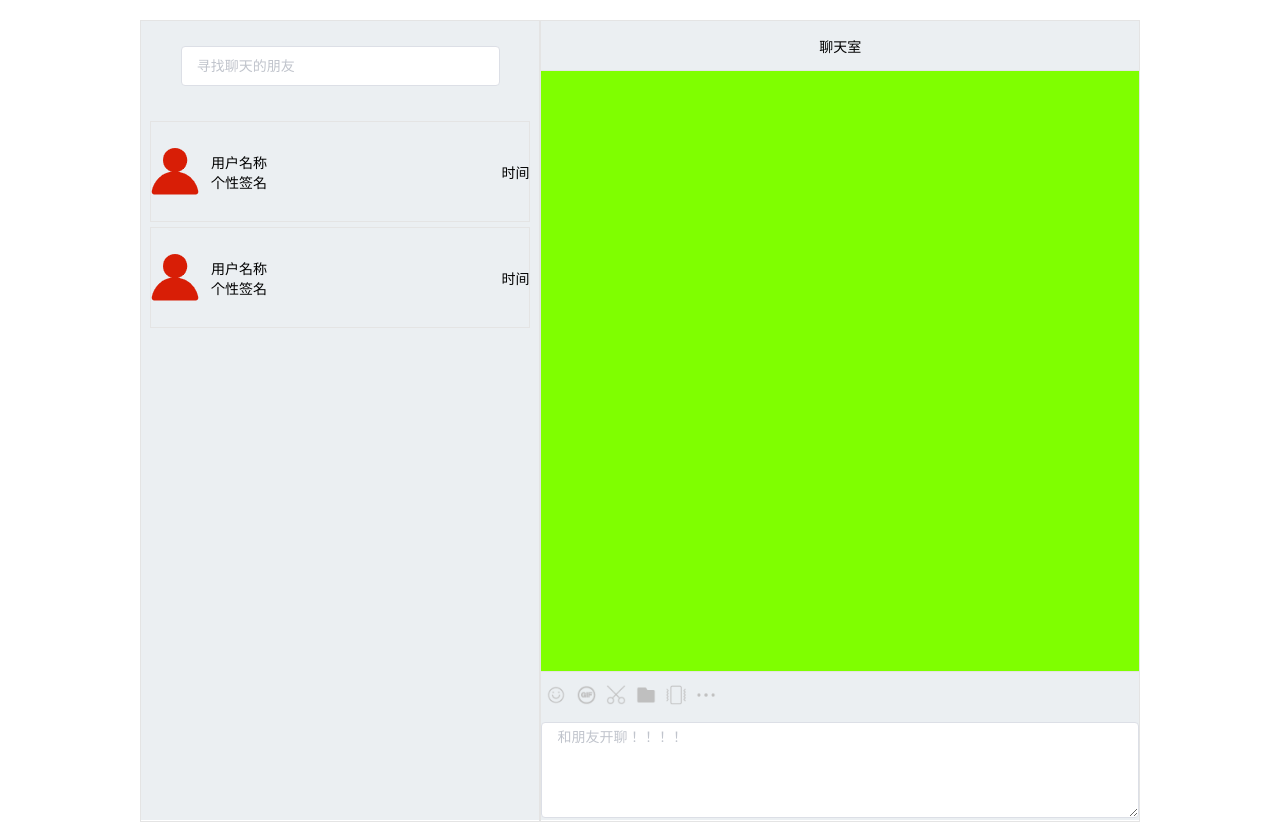
Repository: jinggegeZ/livechat
Page: /
An editor plug-in stored every save of this project. The page is shown before and after the next save, followed by the edit.
The browser window is 1280 px wide. The pictures show the whole page.
The project was rebuilt for these pictures with package versions that can differ from the ones it lists, and the page was loaded fresh each time.

Above is the page before, as saved 2020-08-17 13:12:27.

### src/main.js
import Vue from 'vue'
import App from './App.vue'
import router from './router'
import store from './store'
import ElementUI from 'element-ui';
import 'element-ui/lib/theme-chalk/index.css';

Vue.config.productionTip = false
Vue.use(ElementUI);
new Vue({
  router,
  store,
  render: h => h(App)

}).$mount('#app')

### src/App.vue
<template>
  <div id="app">

    <router-view/>
  </div>
</template>

<style lang="scss">
*{
  margin: 0;
  padding: 0;
}
</style>

### src/views/Home.vue
<template>
  <div class="content">
    <div class="content-c">
      <div class="box">
        <!-- 用户信息 -->
        <div class="box1">
          <!-- 搜索用户名字 -->
          <div class="boxsearch">
          <div class="boxsearch1"><el-input v-model="input" placeholder="寻找聊天的朋友"></el-input></div>
          </div>
          <!-- 信息盒子 -->
          <div class="msgbox">
            <div class="box1-1">
              <div class="box1-1-1">
                <!-- 头像 -->
                <div class="img">
                  <img src="../../public/image/active-my.png" alt />
                </div>
                <!-- 用户信息 -->
                <div>
                  <div>用户名称</div>
                  <div>个性签名</div>
                </div>
              </div>
              <!-- 时间 -->
              <div>时间</div>
            </div>
          </div>
           <div class="msgbox">
            <div class="box1-1">
              <div class="box1-1-1">
                <!-- 头像 -->
                <div class="img">
                  <img src="../../public/image/active-my.png" alt />
                </div>
                <!-- 用户信息 -->
                <div>
                  <div>用户名称</div>
                  <div>个性签名</div>
                </div>
              </div>
              <!-- 时间 -->
              <div>时间</div>
            </div>
          </div>
        </div>
        <!-- 聊天信息 -->
        <div class="box2">
          <div class="box2-1">
            <div class="box2-1-top">聊天室</div>
            <div class="box2-1-body"></div>
          </div>
          <div class="box2-2">
            <div class="box2-2-1">
              <div>
                <img class="img1" src="../../public/image/small.png" alt />
              </div>
              <div>
                <img class="img1" src="../../public/image/GIF.png" alt />
              </div>
              <div>
                <img class="img1" src="../../public/image/chose.png" alt />
              </div>
              <div>
                <img class="img1" src="../../public/image/word.png" alt />
              </div>
              <div>
                <img class="img1" src="../../public/image/move.png" alt />
              </div>
              <div>
                <img class="img1" src="../../public/image/more.png" alt />
              </div>
            </div>
            <div class="box2-2-2">
              <el-input
                type="textarea"
                v-model="textarea"
                placeholder="和朋友开聊！！！！"
                :autosize="{ minRows: 4, maxRows: 8}"
              ></el-input>
            </div>
          </div>
        </div>
      </div>
    </div>
  </div>
</template>

<script>
export default {
  name: "",
  props: {},
  components: {},
  data() {
    return {
      input: "",
      textarea: "",
    };
  },
  methods: {},
  mounted() {},
  watch: {},
  computed: {},
};
</script>

<style scoped lang='scss'>
.content {
  width: 100%;
  display: flex;
  justify-content: center;
  font-size: 14px;
}
.content-c {
  width: 95%;
  display: flex;
  justify-content: center;
  align-items: center;
}
.box {
  width: 1000px;
  height: 800px;
  display: flex;
  margin-top: 20px;
  background: rgb(235,239,242);
}
.box1 {
  flex: 4;
  height: 100%;
  border: 1px solid rgb(228, 228, 228);
}
.boxsearch {
  width: 100%;
  height: 100px;
  display: flex;
  justify-content: center;
  align-items: center;
  background: rgb(235,239,242);
}
.boxsearch1 {
  width: 80%;
  height: 50px;
}
.msgbox {
  display: flex;
  justify-content: center;
  margin-bottom: 5px;
}
.box1-1 {
  width: 95%;
  height: 99px;
  border: 1px solid rgb(228, 228, 228);
  display: flex;
  align-items: center;
  justify-content: space-between;
}
.box1-1-1 {
  display: flex;
  align-items: center;
  height: 100%;
}
.img {
  width: 50px;
  height: 50px;
  border-radius: 50%;
  margin-right: 10px;
}
.img1 {
  width: 20px;
  height: 20px;
  margin: 5px;
}
.box2 {
  flex: 6;
  height: 100%;
  position: relative;
  border: 1px solid rgb(228, 228, 228);
}
.box2-2 {
  position: absolute;
  bottom: 0;
  width: 100%;
  height: 149px;
  z-index: 1;
  border-top: 1px solid rgb(228, 228, 228);
}
.box2-1-top {
  width: 100%;
  height: 49px;
  border-bottom: 1px solid rgb(228, 228, 228);
  display: flex;
  justify-content: center;
  align-items: center;
  background: rgb(235, 239, 242);
}
.box2-1-body {
  width: 100%;
  height: 600px;
  background: chartreuse;
}
.box2-2-1 {
  width: 100%;
  height: 50px;
  display: flex;
  align-items: center;
}
.box2-2-2 {
  width: 100%;
  height: 100px;
}
</style>

Loaded but not shown: public/index.html (common file); src/router/index.js (common file); src/store/index.js (common file)

After the next save:
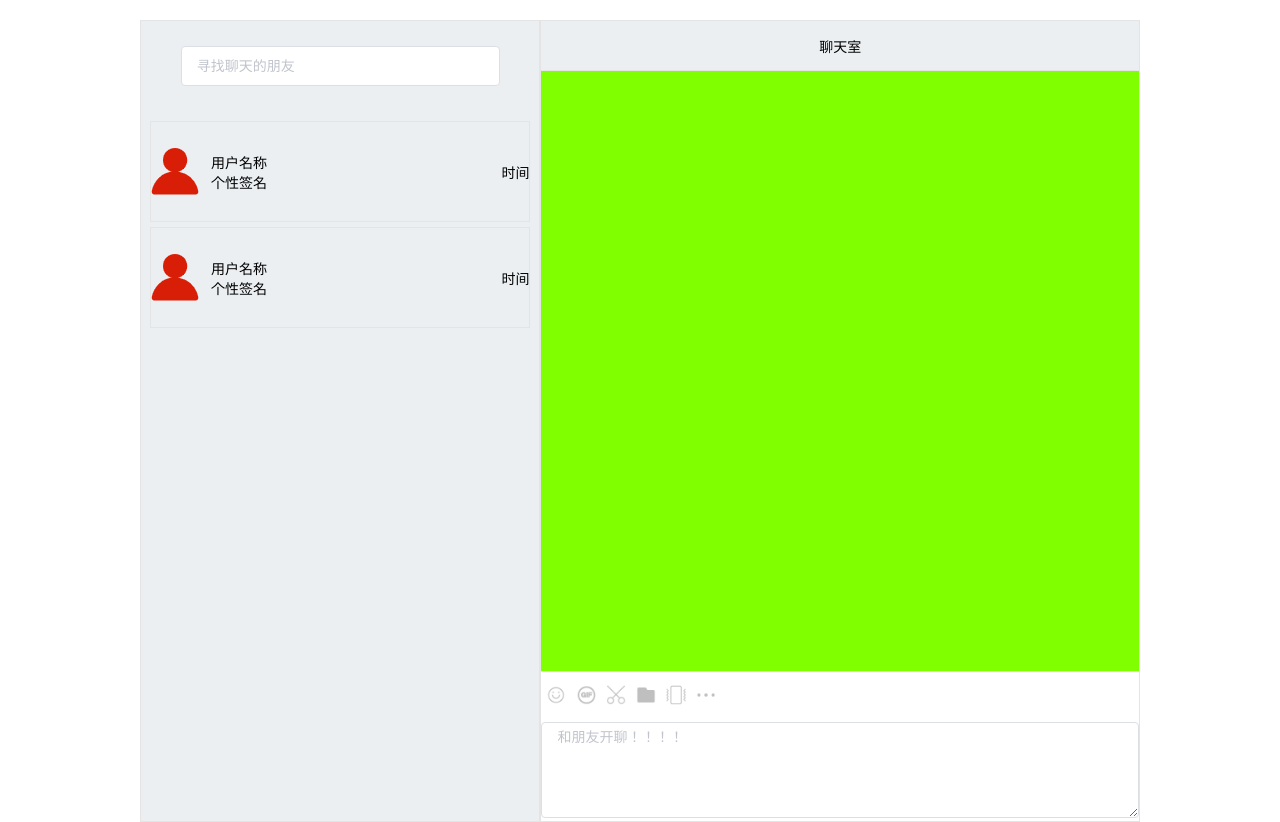
Saved 16 s later.
--- a/src/views/Home.vue
+++ b/src/views/Home.vue
@@ -120,14 +120,16 @@ export default {
 .box {
   width: 1000px;
   height: 800px;
+  background: white;
   display: flex;
   margin-top: 20px;
-  background: rgb(235,239,242);
+
 }
 .box1 {
   flex: 4;
   height: 100%;
   border: 1px solid rgb(228, 228, 228);
+  background: rgb(235,239,242);
 }
 .boxsearch {
   width: 100%;
